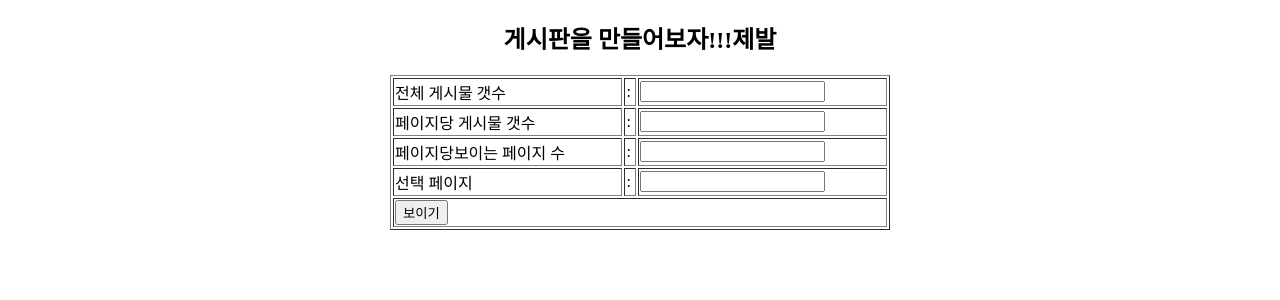
Repository: DrakeJU/eclipse-workspace
Page: Web/WebContent/01/PostBoardIndex.html
An editor plug-in stored every save of this project. The page is shown before and after the next save, followed by the edit.
The browser window is 1280 px wide. The pictures show the whole page.

Above is the page before, as saved 2017-10-13 04:47:45.

After the next save:
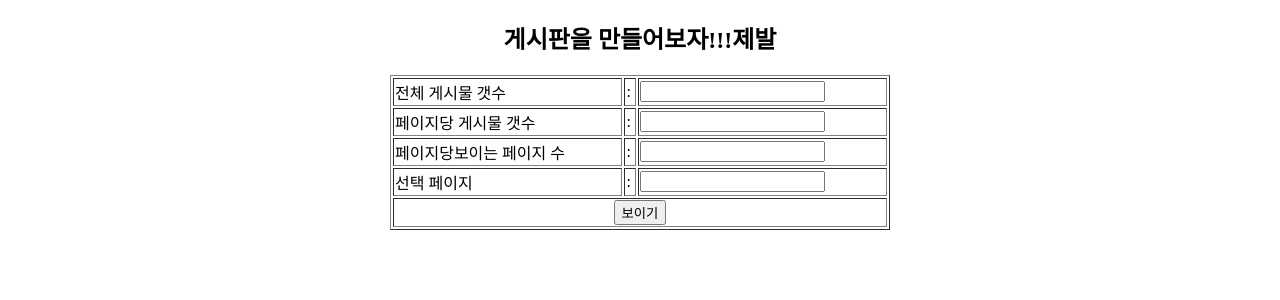
Saved 10 s later.
--- a/Web/WebContent/01/PostBoardIndex.html
+++ b/Web/WebContent/01/PostBoardIndex.html
@@ -21,7 +21,7 @@
 						<td>선택 페이지</td> <td>:</td><td><input type="text" name="CurrentPage"><br></td>
 					</tr>
 					<tr>
-						<td colspan = "3"><input type = submit value = "보이기" ></td>
+						<td colspan = "3" align = "center"><input type = submit value = "보이기" ></td>
 					</tr>
 				</table>
 				</form>
